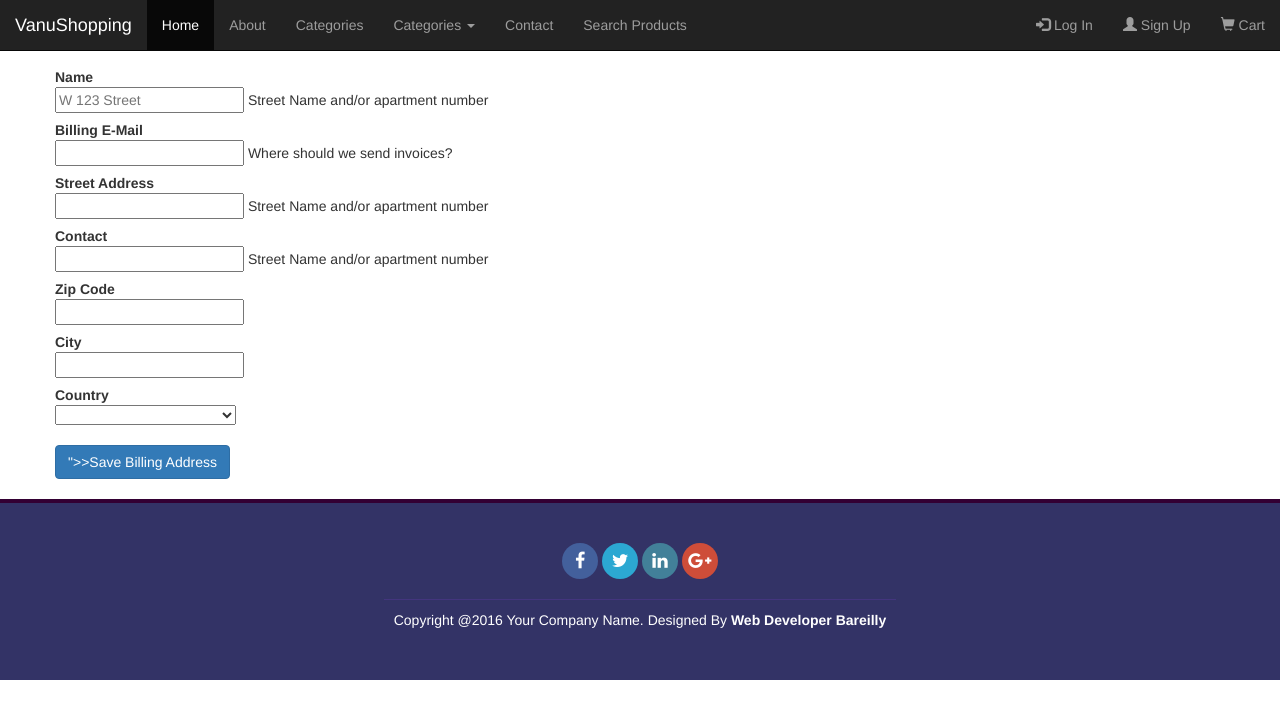
Repository: 31757/yash_webapp_01
Page: http://localhost/yash_webapp_01/WEB-INF/views/shipping.jsp
These files come from the project's save history. The page is drawn as it stood at one moment and after the next save; the edit follows.
The browser window is 1280 px wide. The pictures show the whole page.
Some web fonts or font styles are not loaded; a fallback is used. Some web libraries are served in a nearby version. The page is served by Tomcat 9. Nobody is signed in. Other server files are loaded and not shown. The template is opened directly, without the code that normally fills it, so the values that code supplies are empty.

Above is the page before, as saved 2016-10-24 17:56:53.

### DT/yash_webapp_01/src/main/webapp/WEB-INF/views/shipping.jsp

<!DOCTYPE html>
<html lang="en">
<head>
    <meta charset="utf-8">
    <meta name="robots" content="noindex">

    <title>Billing address form - Bootsnipp.com</title>
        <meta name="viewport" content="width=device-width, initial-scale=1">
        <link rel="stylesheet" href="http://maxcdn.bootstrapcdn.com/bootstrap/3.3.4/css/bootstrap.min.css">
<link href='https://fonts.googleapis.com/css?family=Open+Sans+Condensed:300,700' rel='stylesheet'>
<link href="https://maxcdn.bootstrapcdn.com/font-awesome/4.6.3/css/font-awesome.min.css" rel="stylesheet">
<!--[if lt IE 9]>
<script src=https://oss.maxcdn.com/libs/html5shiv/3.7.0/html5shiv.js></script>
<script src=https://oss.maxcdn.com/libs/respond.js/1.4.2/respond.min.js></script>
<![endif]-->
<script>!function(e,a,t,n,c,o,s){e.GoogleAnalyticsObject=c,e[c]=e[c]||function(){(e[c].q=e[c].q||[]).push(arguments)},e[c].l=1*new Date,o=a.createElement(t),s=a.getElementsByTagName(t)[0],o.async=1,o.src=n,s.parentNode.insertBefore(o,s)}(window,document,"script","//www.google-analytics.com/analytics.js","ga"),ga("create","UA-47210639-2","auto"),ga("send","pageview")</script><script type=application/ld+json>{ "@context": "http://schema.org/","@type": "Review","itemReviewed": {"@type": "Thing","name": "Article"},"author": {"@type": "Person","name": "Md Ashraf Malik"}, "reviewRating": {"@type": "Rating","ratingValue": "5","bestRating": "5"}, "publisher": { "@type": "Organization", "name": "Web Developer Bareilly" } }</script>
<style>

/* header */
html,body{height:100%; width:100%}
h1,h2,h3{font-weight:700}
header{position:relative; width:100%; background-size:cover; background-position:center; background-image:url(images/header.jpg); text-align:center}
header .wel{position: relative;text-align: center;padding: 100px 15px 100px;width: 100%; color:#eee}
.wel h1{font-weight:700; color:#fff}.brk{height:4px; border-radius:4px; background:#d9534f; margin:25px auto; display:block; width:60px}
.abs-back{background:rgba(29, 21, 24, 0.4); position:absolute; height:100%; width:100%; left:0; top:0}
/* who we */
.who-we{margin-top:50px; margin-bottom:50px}
.who-we h2{color:#d9534f;}
/* cards*/
.cards-row{padding-top:70px; padding-bottom:50px; background:#eee}
.thumbnail{padding:0; border-radius:0; border:none; box-shadow:0 2px 2px 0 rgba(0,0,0,.14),0 3px 1px -2px rgba(0,0,0,.2),0 1px 5px 0 rgba(0,0,0,.12)}
.thumbnail>img{width:100%; display:block}
.thumbnail h3{font-size:26px; color:#336}
.thumbnail h3,.card-description{margin:0; padding:8px 0; border-bottom:solid 1px #eee; text-align:center}
.thumbnail p{padding-top:8px; font-size:20px}
.thumbnail .btn{border-radius:0; box-shadow:0 2px 5px 0 rgba(0,0,0,.16),0 2px 10px 0 rgba(0,0,0,.12); font-size:20px}
.team-pic{height:150px !important; width:150px !important; border-radius:50%; margin-top:-75px; box-shadow:0 2px 5px 0 rgba(0,0,0,.4),0 2px 10px 0 rgba(0,0,0,.5); transition:all .2s ease-out}
.thumbnail:hover .team-pic{height:200px !important; width:200px !important; margin-top:-100px}
.thumbnail p.social{padding-top:15px; text-align:center}
.social a{color:#FFF; font-size:18px !important}
.social i.fa{height:36px; width:36px; text-align:center; line-height:36px; background:#069; border-radius:50%}
.social i.fa.fa-facebook{background:#43609C}
.social i.fa.fa-twitter{background:#2CA8D2}
.social i.fa.fa-linkedin{background:#428099}
.social i.fa.fa-google-plus{background:#ce4d39}


/* media */
@media (min-width:768px) {

    <link href="//netdna.bootstrapcdn.com/twitter-bootstrap/2.3.2/css/bootstrap-combined.min.css" rel="stylesheet" id="bootstrap-css">
    <style type="text/css">

    </style>
    <script src="//code.jquery.com/jquery-1.10.2.min.js"></script>
    <script src="//netdna.bootstrapcdn.com/twitter-bootstrap/2.3.2/js/bootstrap.min.js"></script>
    <script type="text/javascript">
        window.alert = function(){};
        var defaultCSS = document.getElementById('bootstrap-css');
        function changeCSS(css){
            if(css) $('head > link').filter(':first').replaceWith('<link rel="stylesheet" href="'+ css +'" type="text/css" />');
            else $('head > link').filter(':first').replaceWith(defaultCSS);
        }
        $( document ).ready(function() {
          var iframe_height = parseInt($('html').height());
          window.parent.postMessage( iframe_height, 'http://bootsnipp.com');
        });
    </script>
</head>
<body>
<div class="container-fluid">
<jsp:include page="header.jsp"/>
</div>
<div class="container">
&nbsp;
</div>
<div class="container">
&nbsp;
</div>
<div class="container">
&nbsp;
</div>
<div align="justify">
	<div class="container">
	<div class="row">
        <div class="span8">
    		<form action="billing" method="post" class="form-horizontal" id="billingform" accept-charset="utf-8">
    		<div class="control-group">
    				<label for="address" class="control-label">
    					Name
    				</label>
    				<div class="controls"><input name="name" placeholder="W 123 Street" type="text" value="" id="address"><span class="help-inline">  Street Name and/or apartment number</span>
    				</div>
    			</div>
    			<div class="control-group">
    				<label for="email" class="control-label">
    					Billing E-Mail
    				</label>
    				<div class="controls">
    					<input name="email" type="email" value="" id="email">
    					<span class="help-inline">  Where should we send invoices?</span>
    				</div>
    			</div>

    			<div class="control-group">
    				<label for="address" class="control-label">
    					Street Address
    				</label>
    				<div class="controls"><input name="address" type="text" value="" id="address"><span class="help-inline">  Street Name and/or apartment number</span>
    				</div>
    			</div>
    			<div class="control-group">
    				<label for="address" class="control-label">
    					Contact
    				</label>
    				<div class="controls"><input name="mobile" type="text" value="" id="address"><span class="help-inline">  Street Name and/or apartment number</span>
    				</div>
    			</div>

    			<div class="control-group">
    				<label for="zip" class="control-label">
    					Zip Code
    				</label>
    				<div class="controls"><input name="zip" type="text" value="" id="zip">
    				</div>
    			</div>

    			<div class="control-group">
    				<label for="city" class="control-label">
    					City
    				</label>
    				<div class="controls"><input name="city" type="text" value="" id="city">
    				</div>
    			</div>

    			<div class="control-group">
    				<label for="country" class="control-label">
    					Country
    				</label>
    				<div class="controls">
    					<select name="country" id="country">
    						<option value=""></option>
    						<option value="AR">Argentina</option>
    						<option value="AU">Australia</option>
    						<option value="AT">Austria</option>
    						<option value="BY">Belarus</option>
    						<option value="BE">Belgium</option>
    						<option value="BA">Bosnia and Herzegovina</option>
    						<option value="BR">Brazil</option>
    						<option value="BG">Bulgaria</option>
    						<option value="CA">Canada</option>
    						<option value="CL">Chile</option>
    						<option value="CN">China</option>
    						<option value="CO">Colombia</option>
    						<option value="CR">Costa Rica</option>
    						<option value="HR">Croatia</option>
    						<option value="CU">Cuba</option>
    						<option value="CY">Cyprus</option>
    						<option value="CZ">Czech Republic</option>
    						<option value="DK">Denmark</option>
    						<option value="DO">Dominican Republic</option>
    						<option value="EG">Egypt</option>
    						<option value="EE">Estonia</option>
    						<option value="FI">Finland</option>
    						<option value="FR">France</option>
    						<option value="GE">Georgia</option>
    						<option value="DE">Germany</option>
    						<option value="GI">Gibraltar</option>
    						<option value="GR">Greece</option>
    						<option value="HK">Hong Kong S.A.R., China</option>
    						<option value="HU">Hungary</option>
    						<option value="IS">Iceland</option>
    						<option value="IN">India</option>
    						<option value="ID">Indonesia</option>
    						<option value="IR">Iran</option>
    						<option value="IQ">Iraq</option>
    						<option value="IE">Ireland</option>
    						<option value="IL">Israel</option>
    						<option value="IT">Italy</option>
    						<option value="JM">Jamaica</option>
    						<option value="JP">Japan</option>
    						<option value="KZ">Kazakhstan</option>
    						<option value="KW">Kuwait</option>
    						<option value="KG">Kyrgyzstan</option>
    						<option value="LA">Laos</option>
    						<option value="LV">Latvia</option>
    						<option value="LB">Lebanon</option>
    						<option value="LT">Lithuania</option>
    						<option value="LU">Luxembourg</option>
    						<option value="MK">Macedonia</option>
    						<option value="MY">Malaysia</option>
    						<option value="MT">Malta</option>
    						<option value="MX">Mexico</option>
    						<option value="MD">Moldova</option>
    						<option value="MC">Monaco</option>
    						<option value="ME">Montenegro</option>
    						<option value="MA">Morocco</option>
    						<option value="NL">Netherlands</option>
    						<option value="NZ">New Zealand</option>
    						<option value="NI">Nicaragua</option>
    						<option value="KP">North Korea</option>
    						<option value="NO">Norway</option>
    						<option value="PK">Pakistan</option>
    						<option value="PS">Palestinian Territory</option>
    						<option value="PE">Peru</option>
    						<option value="PH">Philippines</option>
    						<option value="PL">Poland</option>
    						<option value="PT">Portugal</option>
    						<option value="PR">Puerto Rico</option>
    						<option value="QA">Qatar</option>
    						<option value="RO">Romania</option>
    						<option value="RU">Russia</option>
    						<option value="SA">Saudi Arabia</option>
    						<option value="RS">Serbia</option>
    						<option value="SG">Singapore</option>
    						<option value="SK">Slovakia</option>
    						<option value="SI">Slovenia</option>
    						<option value="ZA">South Africa</option>
    						<option value="KR">South Korea</option>
    						<option value="ES">Spain</option>
    						<option value="LK">Sri Lanka</option>
    						<option value="SE">Sweden</option>
    						<option value="CH">Switzerland</option>
    						<option value="TW">Taiwan</option>
    						<option value="TH">Thailand</option>
    						<option value="TN">Tunisia</option>
    						<option value="TR">Turkey</option>
    						<option value="UA">Ukraine</option>
    						<option value="AE">United Arab Emirates</option>
    						<option value="GB">United Kingdom</option>
    						<option value="US">USA</option>
    						<option value="UZ">Uzbekistan</option>
    						<option value="VN">Vietnam</option>
    					</select>
    				</div>
    			</div>


    			<div class="form-actions">
    			<div class="container">&nbsp;</div>
    				<button type="submit" class="btn btn-large btn-primary" <a href="<c:url value="/payment"/>"></a>>Save Billing Address</button>
    			</div>
    		</form>
    	</div> <!-- .span8 -->
	</div>
</div>
	<script type="text/javascript">

	</script>
	<div class="container-fluid">
	<div class="container">
&nbsp;
</div>
</div>
<jsp:include page="footer.jsp"/>
</div>
</body>
</html>

### DT/yash_webapp_01/src/main/webapp/WEB-INF/views/header.jsp
<%@ taglib prefix="c" uri="http://java.sun.com/jsp/jstl/core"%>
<%@ taglib prefix="sec"
	uri="http://www.springframework.org/security/tags"%>
<nav class="navbar navbar-inverse navbar-fixed-top">

	<div class="container-fluid">
		<div class="navbar-header">
			<a class="navbar-brand" href="#">VanuShopping</a>
		</div>
		<ul class="nav navbar-nav">
			<li class="active"><a href="<c:url value="/index"/>">Home</a></li>
			<li><a href="<c:url value="/about"/>">About</a></li>
			<li><a href="<c:url value="/Product"/>">Categories</a></li>
			<li class="dropdown">
        <a class="dropdown-toggle" data-toggle="dropdown" href="#">Categories
        <span class="caret"></span></a>
        <ul class="dropdown-menu">
          <li><a href="#">Mobile</a></li>
          <li><a href="#">TV</a></li>
          <li><a href="#">Refrigerator</a></li>
          <li><a href="#">Laptop</a></li>
          <li><a href="#">Computer</a></li>
          <li><a href="#">Washing Machine</a></li>
          <li><a href="#">Refrigerator</a></li>
          <li><a href="#">Home Appliance</a></li>
          <li><a href="#">Music Player</a></li>
        </ul>
			<li><a href="<c:url value="/contact"/>">Contact</a></li>
			<li><a href="<c:url value="/viewdetails"/>">Search Products</a></li>

		</ul>
		<ul class="nav navbar-nav navbar-right">
<sec:authorize access="isAnonymous()">
			<li><a href="<c:url value="/login"/>"><span
					class="glyphicon glyphicon-log-in"></span> Log In</a></li>
			<li><a href="<c:url value="/reg/new"/>"><span
					class="glyphicon glyphicon-user"></span> Sign Up</a></li>
			<li><a href="<c:url value="/cart/cartview"/>"><span
					class="glyphicon glyphicon-shopping-cart"></span> Cart</a></li>

</sec:authorize>
			<sec:authorize access="hasRole('ROLE_ADMIN')">
				<li><a href="<c:url value="/logout"/>"><span
						class="glyphicon glyphicon-log-in"></span> Log Out</a></li>
						<li><a href="<c:url value="/pro/view"/>">Admin</a></li>
			</sec:authorize>

			<sec:authorize access="hasRole('ROLE_USER')">
				<li><a href="<c:url value="/index"/>"><span
						class="glyphicon glyphicon-log-in"></span> Log Out</a></li>
				<li><a href="<c:url value="/cart/cartview"/>"><span
						class="glyphicon glyphicon-shopping-cart"></span> Cart</a></li>
			</sec:authorize>
		</ul>
	</div>
</nav>

### DT/yash_webapp_01/src/main/webapp/WEB-INF/views/footer.jsp
<style>
#footer{background:#336; padding-top:30px; padding-bottom:30px; text-align:center; border-top:solid 4px #303}
#footer p{padding:10px; color:#fff}
.dont-remove{color:#fff !important; text-decoration:none !important; font-weight:700}
.rights{display:inline-block; border-top:solid 1px rgba(103, 58, 183, 0.3)}

</style>
<footer id="footer">
<div class="container">
        <p class="social"><a href=""><i class="fa fa-facebook"></i></a> <a href=""><i class="fa fa-twitter"></i></a> <a href=""><i class="fa fa-linkedin"></i></a> <a href=""><i class="fa fa-google-plus"></i></a></p>

<p class="rights">Copyright @2016 Your Company Name. Designed By <!-- dont remove link --><a class="dont-remove" href="http://webdeveloperbareilly.in" target="_blank">Web Developer Bareilly</a></p>


</div>
</footer>

After the next save:
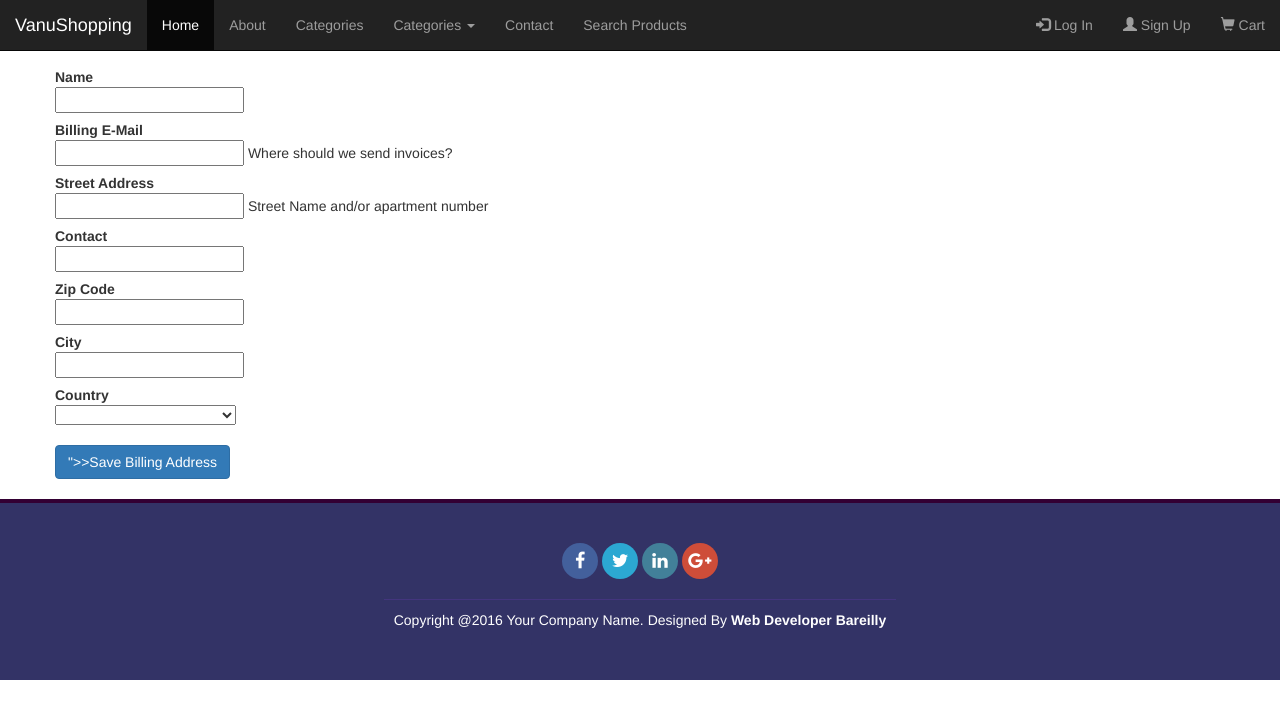
Saved 59 s later.
--- a/DT/yash_webapp_01/src/main/webapp/WEB-INF/views/shipping.jsp
+++ b/DT/yash_webapp_01/src/main/webapp/WEB-INF/views/shipping.jsp
@@ -90,7 +90,7 @@ header .wel{position: relative;text-align: center;padding: 100px 15px 100px;widt
     				<label for="address" class="control-label">
     					Name
     				</label>
-    				<div class="controls"><input name="name" placeholder="W 123 Street" type="text" value="" id="address"><span class="help-inline">  Street Name and/or apartment number</span>
+    				<div class="controls"><input name="name" type="text" value="" id="address"><span class="help-inline"></span>
     				</div>
     			</div>
     			<div class="control-group">
@@ -114,7 +114,7 @@ header .wel{position: relative;text-align: center;padding: 100px 15px 100px;widt
     				<label for="address" class="control-label">
     					Contact
     				</label>
-    				<div class="controls"><input name="mobile" type="text" value="" id="address"><span class="help-inline">  Street Name and/or apartment number</span>
+    				<div class="controls"><input name="mobile" type="text" value="" id="address"><span class="help-inline"></span>
     				</div>
     			</div>
 
